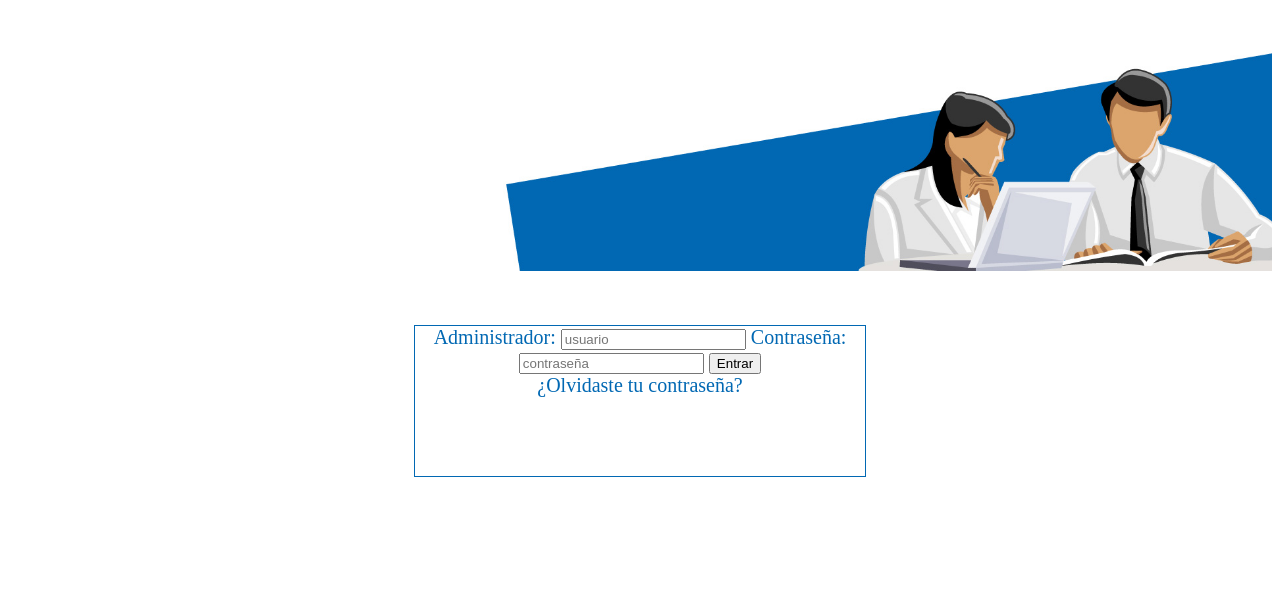
Repository: jluislechado/gestionUsuario
Page: http://localhost/php/admin.php
The author's editor kept a record of every edit. The page is drawn from the files as they stood at one moment, then again after the next edit.
The browser window is 1280 px wide. The pictures show the whole page.
The page is run by PHP 8.4 with error messages shown; the project is at /var/www/html/.

Above is the page before.

After the next edit:
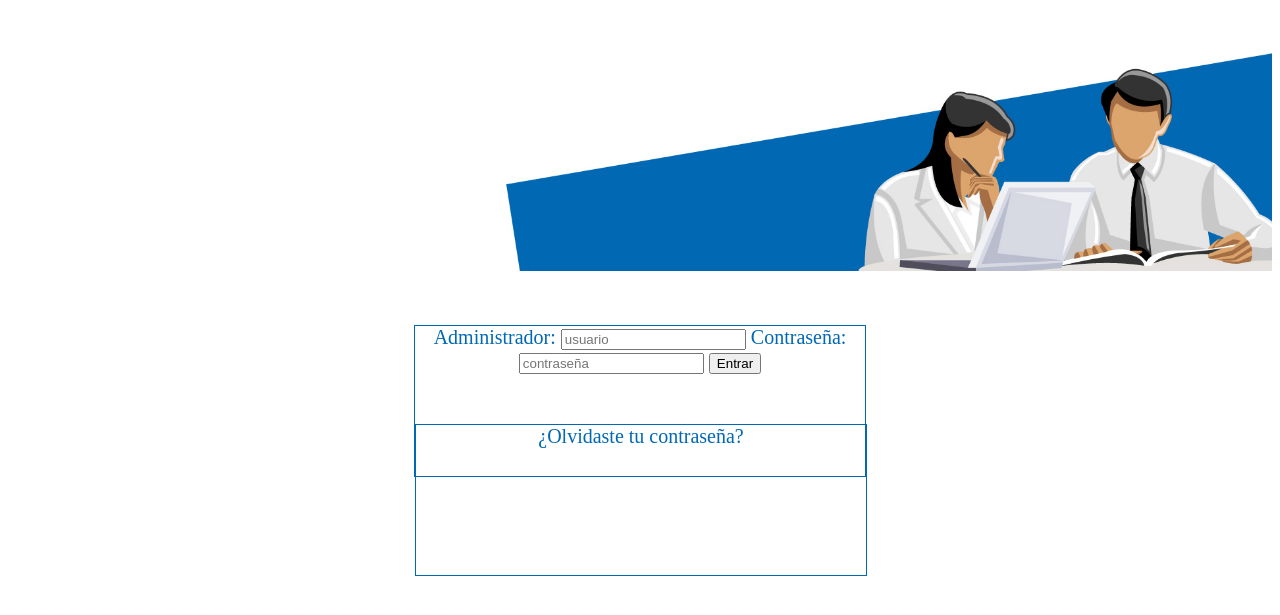
The edit:
--- a/workspace/php/admin.php
+++ b/workspace/php/admin.php
@@ -16,6 +16,8 @@
             <span>Contraseña: </span><input type="password" name="contrasena" placeholder="contraseña"/>
             <input type="submit" value="Entrar"/>
         </form>
+        <div class="blanco"></div>
+            <div id="formularioIndex">
         <a href="olvidar.php">¿Olvidaste tu contraseña?</a>
     </body>
 </html>
